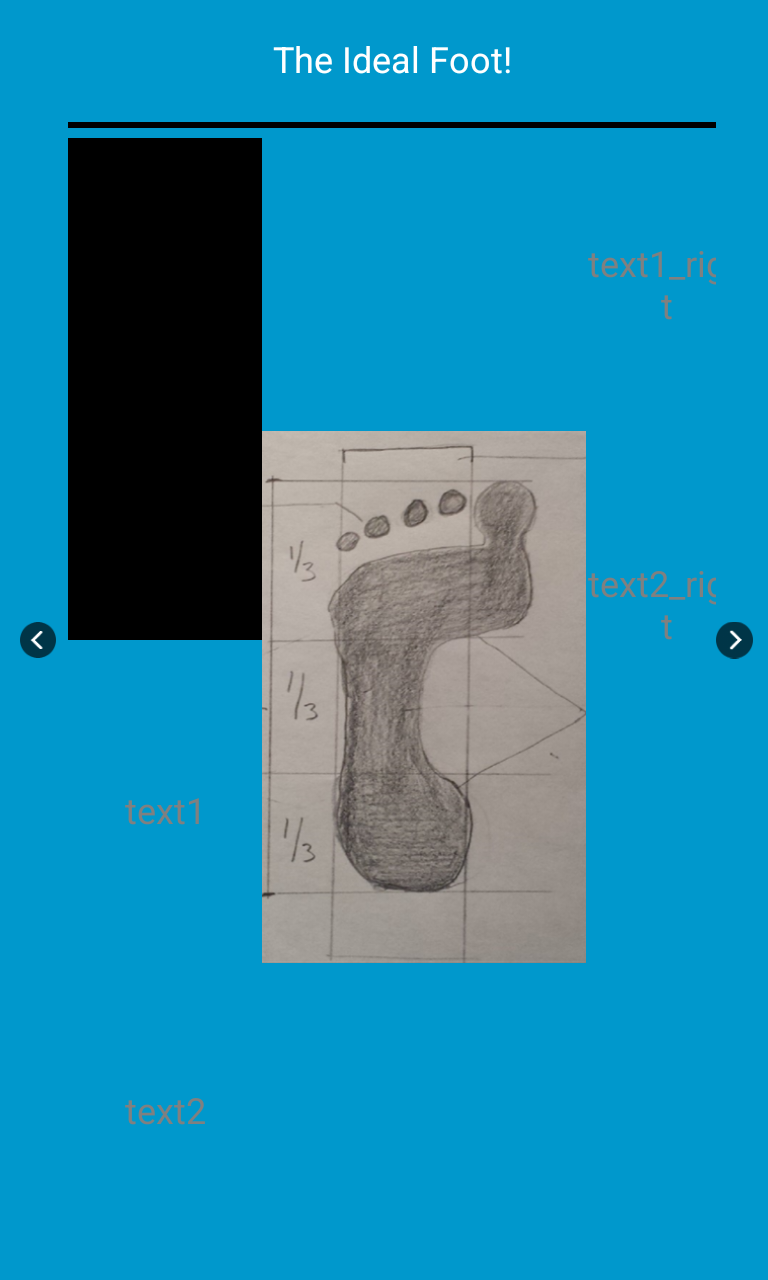
Repository: nanoweb12/GoodFeetAppNew
Layout: GoodFeetapp/res/layout/ideal_foot.xml
The author's editor kept a copy of each file at every save. The layout is drawn from the files as they stood at one save, then again after the next save.
It is drawn on a 768 x 1280 px phone screen (xhdpi) without system bars, with theme MyTheme; the app's code is not run.

Above is the layout before, as saved 2015-02-20 12:21:02.

### GoodFeetapp/res/layout/ideal_foot.xml
<?xml version="1.0" encoding="utf-8"?>
<LinearLayout xmlns:android="http://schemas.android.com/apk/res/android"
    android:layout_width="match_parent"
    android:layout_height="match_parent"

    android:background="#0098cc"
    android:orientation="horizontal"
    android:weightSum="100" >

    <ImageView
        android:id="@+id/back"
        android:layout_width="0dp"
        android:layout_marginLeft="10dp"
           android:layout_marginRight="6dp"
        android:layout_height="match_parent"
        android:layout_weight="5"
        android:src="@drawable/left_arrow" />

    <LinearLayout
        android:layout_width="0dp"
        android:layout_height="match_parent"
        android:layout_weight="88"
        android:orientation="vertical"
        android:weightSum="100" >

        <TextView
            android:layout_width="match_parent"
            android:layout_height="0dp"
            android:layout_weight="9.5"
            android:gravity="center"
            android:textSize="18sp"
            android:textColor="#ffffff"
            android:text="The Ideal Foot!" />
   <View
            android:layout_width="match_parent"
            android:layout_height="0dp"
            android:layout_marginTop="2dp"
            android:layout_weight="0.5"
            android:gravity="center"
           android:background="#000000"
            />

        <LinearLayout
            android:layout_width="match_parent"
            android:layout_height="0dp"
            android:layout_weight="90"
            android:layout_marginTop="3dp"
             android:layout_marginBottom="10dp"
            android:orientation="horizontal"
            android:weightSum="100" >

            <LinearLayout
                android:layout_width="0dp"
                android:layout_height="match_parent"
                android:layout_weight="30"
                android:orientation="vertical" >

                  <View
            android:layout_width="match_parent"
            android:layout_height="0dp"
            android:layout_marginTop="2dp"
            android:layout_weight="2"
            android:gravity="center"
           android:background="#000000"
            />


                <TextView
                    android:id="@+id/text1_left"
                    android:layout_width="match_parent"
                    android:layout_height="150dp"
                    android:gravity="center"
                    android:textSize="18sp"
                    android:layout_marginTop="10dp"
                    android:hint="text1" />

                <TextView
                    android:id="@+id/text2_left"
                    android:layout_width="match_parent"
                    android:layout_height="150dp"
                    android:gravity="center"
                      android:textSize="18sp"
                    android:hint="text2" />
            </LinearLayout>

            <ImageView
                android:id="@+id/foot"
                android:layout_width="0dp"
                android:layout_height="match_parent"
                android:layout_weight="50"
                android:scaleType="fitCenter"
                android:src="@drawable/foot" />




            <LinearLayout
                android:layout_width="0dp"
                android:layout_height="match_parent"
                android:layout_weight="25"
                android:orientation="vertical" >

                <TextView
                    android:id="@+id/text1_right"
                    android:layout_width="match_parent"
                    android:layout_height="150dp"
                    android:gravity="center"
                      android:textSize="18sp"
                    android:hint="text1_right" />

                <TextView
                     android:id="@+id/text2_right"
                    android:layout_width="match_parent"
                    android:layout_height="150dp"
                    android:layout_marginTop="10dp"
                    android:gravity="center"
                      android:textSize="18sp"
                    android:hint="text2_right" />
            </LinearLayout>
        </LinearLayout>
    </LinearLayout>

    <ImageView
        android:id="@+id/next"
        android:layout_width="0dp"

        android:layout_height="match_parent"
        android:layout_weight="5"
        android:src="@drawable/right_arrow" />

</LinearLayout>

### GoodFeetapp/res/values-v11/styles.xml
<resources>
    <style name="MyTheme" parent="@android:style/Theme.Holo.Light">

    </style>

    <style name="MyActionBar" parent="@android:style/Widget.Holo.Light.ActionBar">
    <item name="android:actionBarSize">70dip</item>
         <item name="android:background">#D3D3D3</item>
    </style>
</resources>

### GoodFeetapp/res/values-v14/styles.xml
<!-- <resources>
    the theme applied to the application or activity
    <style name="CustomActionBarTheme"
           parent="@android:style/Theme.Holo.Light.DarkActionBar">

    </style>

    ActionBar styles
    <style name="MyActionBar"
           parent="@android:style/Widget.Holo.Light.ActionBar.Solid.Inverse">
       <item name="android:actionBarSize">70dip</item>
         <item name="android:background">#D3D3D3</item>

    </style>
</resources> -->

<resources>
    <style name="MyTheme" parent="@android:style/Theme.Holo.Light">

    </style>

    <style name="MyActionBar" parent="@android:style/Widget.Holo.Light.ActionBar">
    <item name="android:actionBarSize">100dip</item>
         <item name="android:background">#D3D3D3</item>
    </style>
</resources>

### GoodFeetapp/res/values/styles.xml
<resources>
    <style name="MyTheme" parent="@android:style/Theme.Holo.Light">

    </style>

    <style name="MyActionBar" parent="@android:style/Widget.Holo.Light.ActionBar">
    <item name="android:actionBarSize">70dip</item>
         <item name="android:background">#D3D3D3</item>
    </style>
</resources>

After the next save:
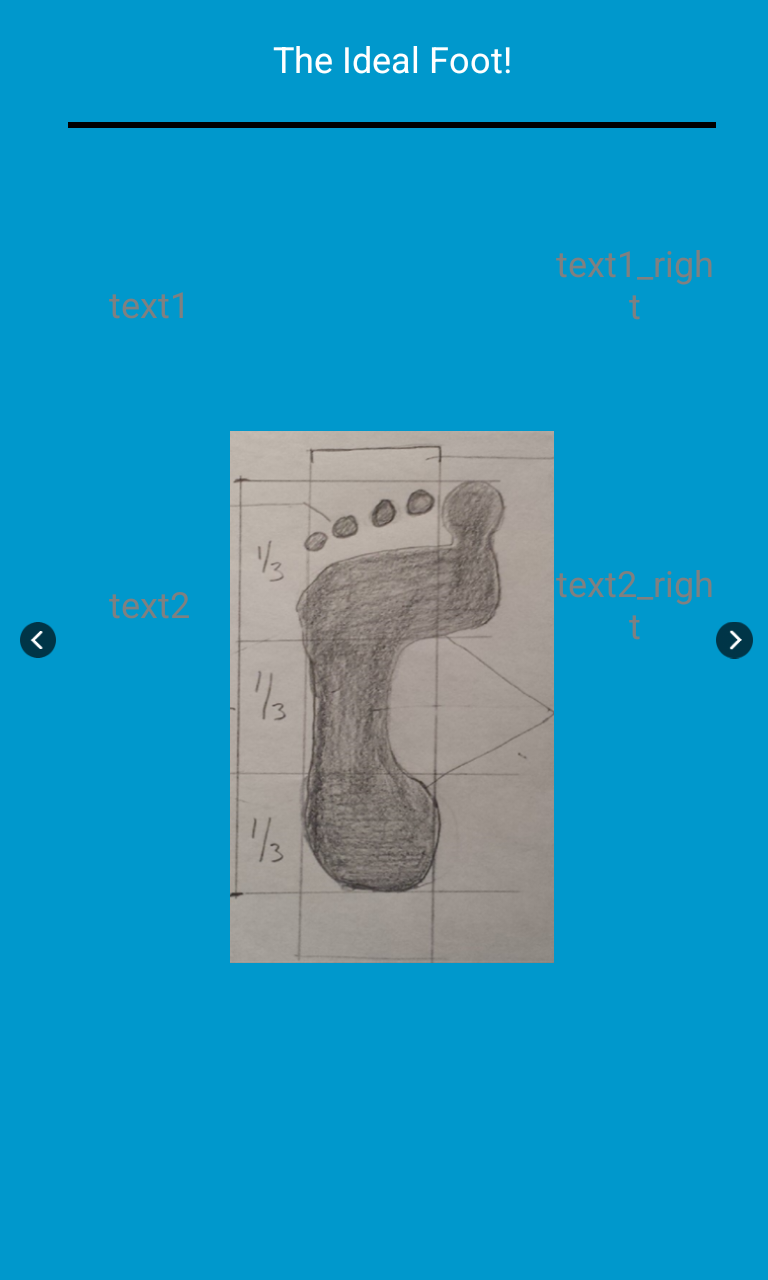
Saved 14 s later.
--- a/GoodFeetapp/res/layout/ideal_foot.xml
+++ b/GoodFeetapp/res/layout/ideal_foot.xml
@@ -52,17 +52,9 @@
             <LinearLayout
                 android:layout_width="0dp"
                 android:layout_height="match_parent"
-                android:layout_weight="30"
+                android:layout_weight="25"
                 android:orientation="vertical" >
 
-                  <View
-            android:layout_width="match_parent"
-            android:layout_height="0dp"
-            android:layout_marginTop="2dp"
-            android:layout_weight="2"
-            android:gravity="center"
-           android:background="#000000"
-            />
 
 
                 <TextView
